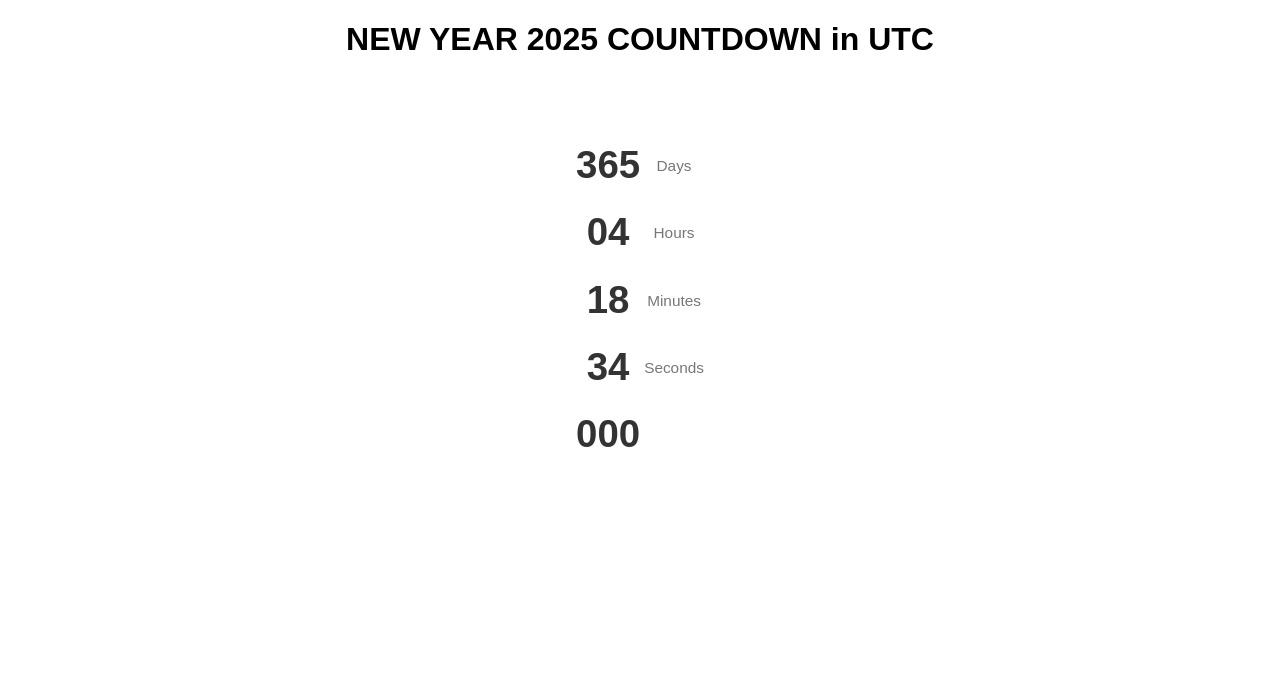
Repository: end888160/end888160.github.io
Page: countdown_mobile.html
These files come from the project's save history. The page is drawn as it stood at one moment and after the next save; the edit follows.
The browser window is 1280 px wide. The pictures show the whole page.

Above is the page before, as saved 2024-09-21 19:36:09.

### countdown_mobile.html
<!DOCTYPE html>
<html lang="en">
<head>
	<meta charset="UTF-8">
	<meta name="viewport" content="width=device-width, initial-scale=1.0">
	<meta name="description" content="Let's celebrate the New Year!">
	<title>Countdown</title>
	<style>
	#countdown {
		display: flex;
		justify-content: center;
		align-items: center;
		font-family: Arial, Helvetica, sans-serif;
		font-size: larger;
		margin-top: 5%;
		color: #333;
	}

	.countdown-item {
		margin: 0 10px;
		text-align: center;

	}

	.countdown-value {
		font-size: 2em;
		font-weight: bold;
	}

	.countdown-label {
		font-size: 0.8em;
		color: #777;
	}
	td {
		padding-top:15%;
	}
	h1 {
		text-align: center;
		font-family: Arial, Helvetica, sans-serif;
		font-size: xx-large;
	}
	@media (prefers-color-scheme: light) {
		html {
			background-color: white;
			color: black;
		}
	}
	@media (prefers-color-scheme: dark) {
		.countdown-item {
			color: #bbb
		}
			html {
			background-color: black;
			color: white;
		}
	}
	</style>
</head>
<body>
	<h1 id="header"></h1>
	<div id="countdown">
	<table class="countdown-item">
	<tr>
		<td><span class="countdown-value" id="days"></span></td>
		<td><span class="countdown-label">Days</span></td>
	</tr>
	<tr>
		<td><span class="countdown-value" id="hours"></span></td>
		<td><span class="countdown-label">Hours</span></td>
	</tr>
	<tr>
		<td><span class="countdown-value" id="minutes"></span></td>
		<td><span class="countdown-label">Minutes</span></td>
	</tr>
	<tr>
		<td><span class="countdown-value" id="seconds"></span></td>
		<td><span class="countdown-label">Seconds</span></td>
	</tr>
	<tr>
		<td><span class="countdown-value" id="mseconds"></span><span class="countdown-label"></span></td>
	</tr>
</table>

	<script>

// Update the count down every 1 second]

var countDownTarget = new Date().getFullYear() + 1;

function countdown() {

	// Set the date we're counting down to
	var countDownDate = new Date("Jan 1, " + countDownTarget + " 00:00:00").getTime();
	var currentTimeZone = Intl.DateTimeFormat().resolvedOptions().timeZone

	// Get today's date and time
	var now = new Date().getTime();

	// Find the distance between now and the count down date
	var distance = countDownDate - now;

	// Time calculations for days, hours, minutes and seconds
	var days = Math.floor(distance / (1000 * 60 * 60 * 24));
	var hours = Math.floor((distance % (1000 * 60 * 60 * 24)) / (1000 * 60 * 60));
	const hour = hours < 10 ? "0" + hours : hours;
	var minutes = Math.floor((distance % (1000 * 60 * 60)) / (1000 * 60));
	const minute = minutes < 10 ? "0" + minutes : minutes;
	var seconds = Math.floor((distance % (1000 * 60)) / 1000);
	const second = seconds < 10 ? "0" + seconds : seconds;
	var mseconds = Math.floor(distance % 1000);
	const msecond = mseconds < 10 ? "0" + "0" + mseconds : mseconds < 100 ? "0" + mseconds : mseconds;

	// Display the result in the element with id="countdown"
	document.getElementById("days").innerHTML = days;
	document.getElementById("hours").innerHTML = hour;
	document.getElementById("minutes").innerHTML = minute;
	document.getElementById("seconds").innerHTML = second;
	document.getElementById("mseconds").innerHTML = msecond;
	if ( currentTimeZone === "undefined" ) {
		document.getElementById("header").innerHTML = "NEW YEAR " + countDownTarget + " COUNTDOWN"
	} else {
		document.getElementById("header").innerHTML = "NEW YEAR " + countDownTarget + " COUNTDOWN in " + currentTimeZone;
	}


	// If the count down is finished, write some text
	if (distance < 0) {
		clearInterval(x);
		document.getElementById("countdown").innerHTML = "HAPPY NEW YEAR!";
	}
	setTimeout(countdown, 1);
}
document.title = "Countdown to " + countDownTarget;
countdown()
	</script>
</body>
</html>

After the next save:
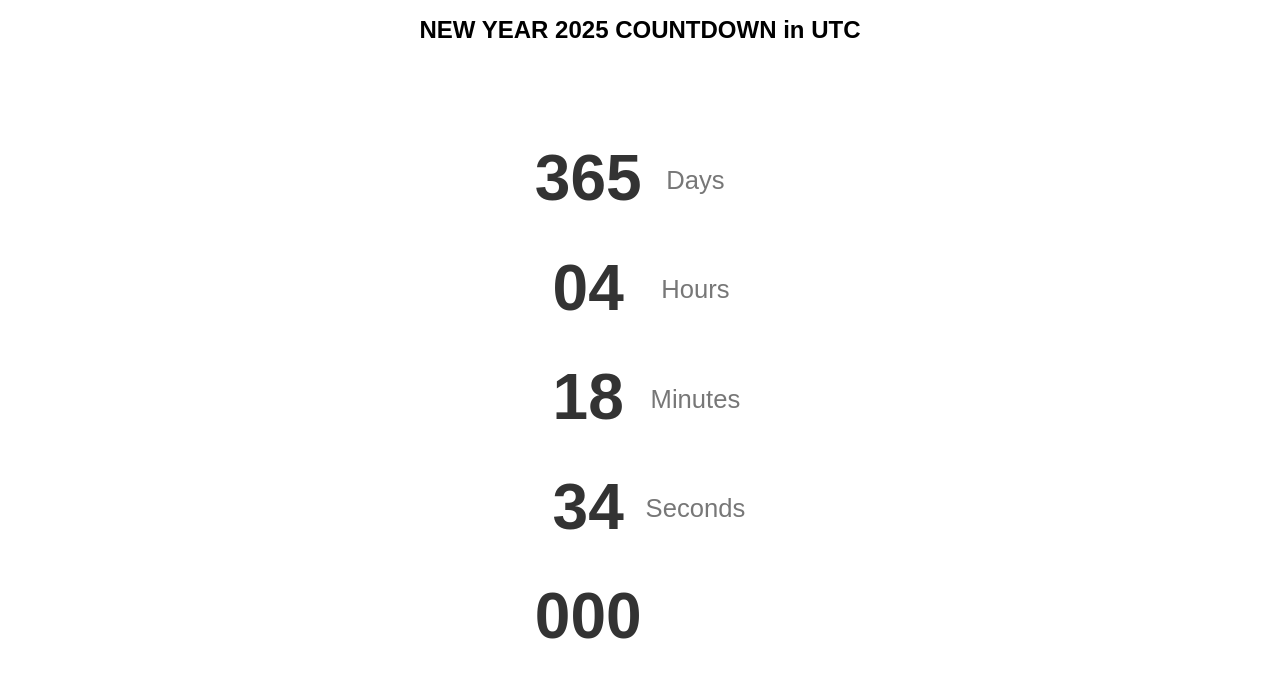
Saved 22 s later.
--- a/countdown_mobile.html
+++ b/countdown_mobile.html
@@ -11,7 +11,7 @@
 		justify-content: center;
 		align-items: center;
 		font-family: Arial, Helvetica, sans-serif;
-		font-size: larger;
+		font-size: xx-large;
 		margin-top: 5%;
 		color: #333;
 	}
@@ -37,7 +37,7 @@
 	h1 {
 		text-align: center;
 		font-family: Arial, Helvetica, sans-serif;
-		font-size: xx-large;
+		font-size:x-large
 	}
 	@media (prefers-color-scheme: light) {
 		html {
